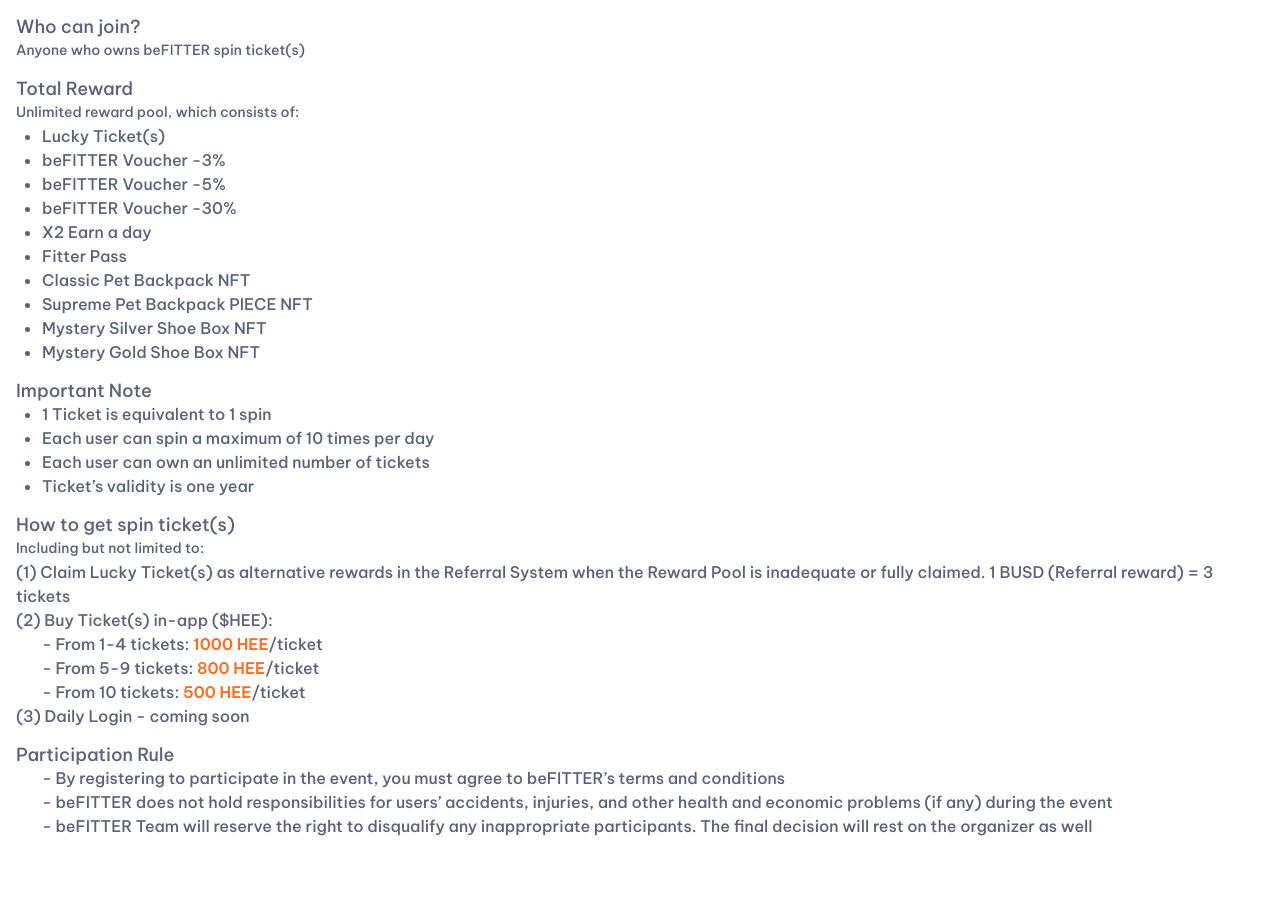
Repository: namvh123/lucky_draw_rule
Page: index.html
The author's editor kept a copy of each file at every save. The page is drawn from the files as they stood at one save, then again after the next save.
The browser window is 1280 px wide. The pictures show the whole page.

Above is the page before, as saved 2022-11-28 13:20:50.

### index.html
<!DOCTYPE html>
<html lang="en">

<head>
   <meta charset="UTF-8">
   <meta http-equiv="X-UA-Compatible" content="IE=edge">
   <meta name="viewport" content="width=device-width, initial-scale=1.0">
   <meta name="color-scheme" content="only light">
   <meta name="supported-color-schemes" content="light">
   <title>Document</title>
</head>
<style>
   @import url('https://fonts.googleapis.com/css2?family=Be+Vietnam+Pro:ital,wght@0,300;0,400;0,500;0,600;0,700;0,800;0,900;1,300;1,400;1,500;1,600;1,700;1,800;1,900&display=swap');

   ::-webkit-scrollbar {
      width: 0px;
      background: transparent;
      /* make scrollbar transparent */
   }

   :root {
      color-scheme: light only;
   }

   /* *{  margin: 0;} */
   body {
      margin: 0;
      font-family: 'Be Vietnam Pro';
   }

   .wrap {
      padding: 0 16px
   }

   ul {
      padding-left: 0;
      margin: 0
   }

   .summary ul li {
      list-style-type: none;
      display: flex;
      align-items: flex-start;
      margin-bottom: 16px;
   }

   ul li p {
      margin-left: 8px;
      color: #31373E;
      font-size: 16px;
      font-weight: 400;
   }

   ul li p span {
      font-weight: 600;
   }

   p {
      margin: 0;
      font-size: 16px;
      font-weight: 400;
   }

   .summary {
      margin-bottom: 24px;
   }

   .title {
      font-weight: 500;
      font-size: 18px;
      color: #5A6178;
   }

   .title2 {
      font-weight: 600;
      font-size: 16px;
      color: #31373E;
   }
   .mb-0{
      margin-bottom: 0px!important;
   }

   .Reward ul li,
   .event ul li {
      margin-left: 26px;
   }

   .Reward ul ul li,
   .event ul ul li {
      margin-left: 34px;
   }

   .item_info {
      display: flex;
      margin-bottom: 24px;
   }

   .item_info img {
      margin-right: 16px;
   }

   .color-primary {
      color: #FF6D24;
      font-weight: 600;
   }

   .item_info div h3 {
      margin-top: 0;
      font-size: 16px;
   }

   .item_info div div {
      font-weight: 600;
      font-size: 14px;
      color: #FF6D24;
   }

   .mb_16 {
      margin-bottom: 16px;
   }

   .mb_16 li {
      margin-bottom: 8px;
   }
   .mb-80{
      margin-bottom: 80px;
   }

   .text_item {
      font-weight: 500;
      font-size: 16px;
      color: #5A6178;
      line-height: 24px;
   }
   .color-black{
      color:black;
   }
   .text-sx{
font-size: 14px;
   }
   .text-base{
      font-size: 16px;
   }
   .list-style-none{
      list-style: none;
   }
</style>

<body>
   <div class="wrap mb-80">
      <div class="">
         <h2 class="title mb-0">Who can join?</h2>
         <span class="text_item text-sx">Anyone who owns beFITTER spin ticket(s)</span>
      </div>
<div class="event">
         <h2 class="title mb-0">Total Reward</h2>
         <span class="text_item text-sx">Unlimited reward pool, which consists of:</span>
         <ul class="text_item">
            <li>Lucky Ticket(s)</li>
            <li>beFITTER Voucher -3%</li>
            <li>beFITTER Voucher -5%</li>
            <li>beFITTER Voucher -30%</li>
            <li>X2 Earn a day</li>
            <li>Fitter Pass</li>
            <li>Classic Pet Backpack NFT</li>
            <li>Supreme Pet Backpack PIECE NFT</li>
            <li>Mystery Silver Shoe Box NFT</li>
            <li>Mystery Gold Shoe Box NFT</li>
         </ul>
      </div>
      <div class="event">
         <h2 class="title mb-0">Important Note</h2>
         <ul class="text_item">
            <li>1 Ticket is equivalent to 1 spin</li>
            <li>Each user can spin a maximum of 10 times per day</li>
            <li>Each user can own an unlimited number of tickets</li>
            <li>Ticket’s validity is one year</li>
         </ul>
      </div>

      <div class="Reward">
         <h2 class="title mb-0">How to get spin ticket(s)</h2>
         <span class="text_item text-sx">Including but not limited to:</span>
         <p class="text_item  text-base">(1) Claim Lucky Ticket(s) as alternative rewards in the Referral System when the Reward Pool is inadequate or fully claimed. 1 BUSD (Referral reward) = 3 tickets</p>
         <p class="text_item text-base">(2) Buy Ticket(s) in-app ($HEE):</p>
         <ul class="text_item list-style-none">
            <li>- From 1-4 tickets: <span class="color-primary">1000 HEE</span>/ticket</li>
            <li>- From 5-9 tickets: <span class="color-primary">800 HEE</span>/ticket</li>
            <li>- From 10 tickets: <span class="color-primary">500 HEE</span>/ticket</li>
         </ul>
         <p class="text_item  text-base">(3) Daily Login - coming soon</p>
      </div>

      <div class="event ">
         <h2 class="title mb-0">Participation Rule</h2>
         <ul class="text_item list-style-none">
            <li>- By registering to participate in the event, you must agree to beFITTER’s terms and conditions</li>
            <li>- beFITTER does not hold responsibilities for users’ accidents, injuries, and other health and economic problems (if any) during the event</li>
            <li>- beFITTER Team will reserve the right to disqualify any inappropriate participants. The final decision will rest on the organizer as well</li>
         </ul>
      </div>
   </div>
</body>

</html>

After the next save:
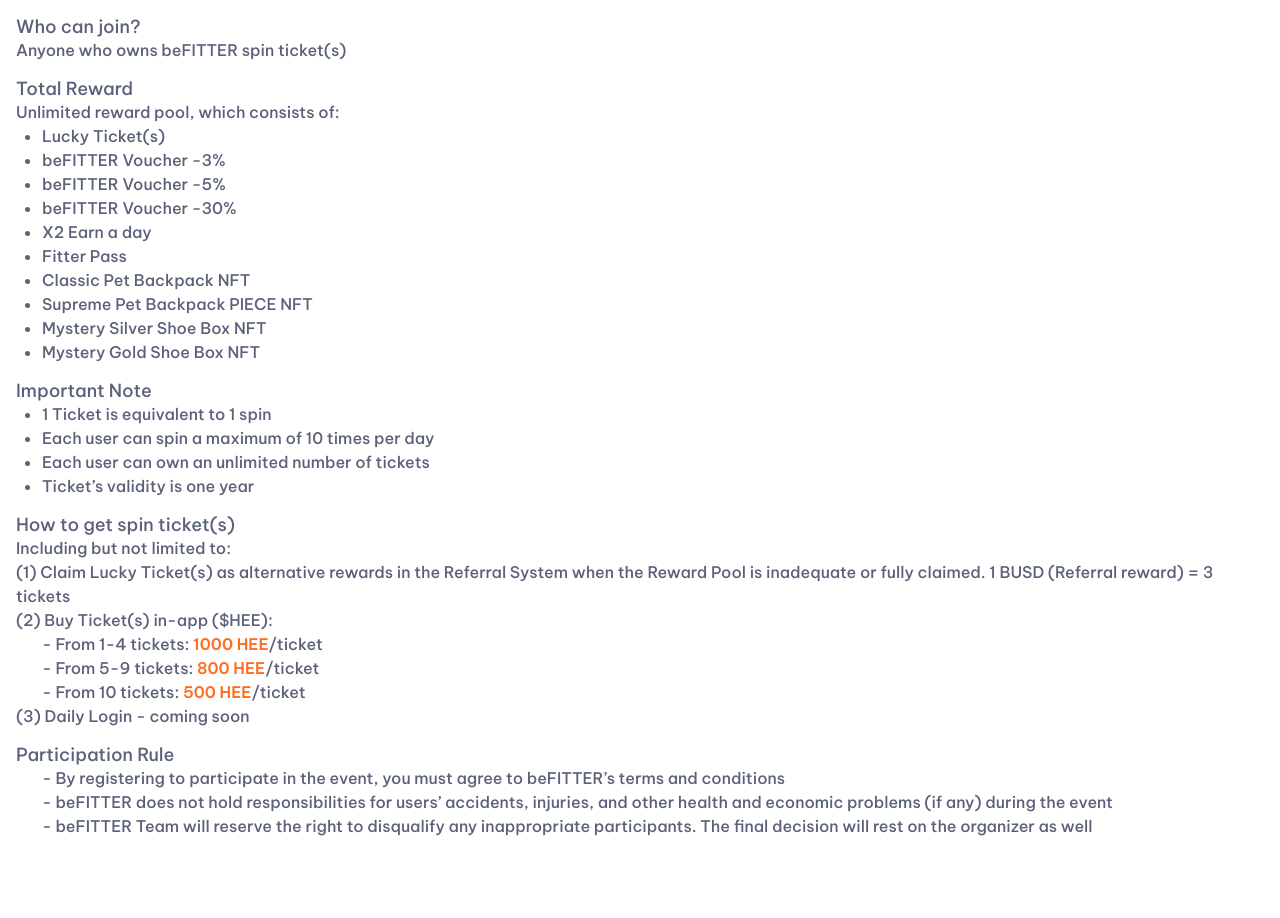
Saved 8 min 23 s later.
--- a/index.html
+++ b/index.html
@@ -150,11 +150,11 @@
    <div class="wrap mb-80">
       <div class="">
          <h2 class="title mb-0">Who can join?</h2>
-         <span class="text_item text-sx">Anyone who owns beFITTER spin ticket(s)</span>
+         <span class="text_item">Anyone who owns beFITTER spin ticket(s)</span>
       </div>
 <div class="event">
          <h2 class="title mb-0">Total Reward</h2>
-         <span class="text_item text-sx">Unlimited reward pool, which consists of:</span>
+         <span class="text_item">Unlimited reward pool, which consists of:</span>
          <ul class="text_item">
             <li>Lucky Ticket(s)</li>
             <li>beFITTER Voucher -3%</li>
@@ -180,9 +180,9 @@
 
       <div class="Reward">
          <h2 class="title mb-0">How to get spin ticket(s)</h2>
-         <span class="text_item text-sx">Including but not limited to:</span>
-         <p class="text_item  text-base">(1) Claim Lucky Ticket(s) as alternative rewards in the Referral System when the Reward Pool is inadequate or fully claimed. 1 BUSD (Referral reward) = 3 tickets</p>
-         <p class="text_item text-base">(2) Buy Ticket(s) in-app ($HEE):</p>
+         <span class="text_item">Including but not limited to:</span>
+         <p class="text_item">(1) Claim Lucky Ticket(s) as alternative rewards in the Referral System when the Reward Pool is inadequate or fully claimed. 1 BUSD (Referral reward) = 3 tickets</p>
+         <p class="text_item">(2) Buy Ticket(s) in-app ($HEE):</p>
          <ul class="text_item list-style-none">
             <li>- From 1-4 tickets: <span class="color-primary">1000 HEE</span>/ticket</li>
             <li>- From 5-9 tickets: <span class="color-primary">800 HEE</span>/ticket</li>
